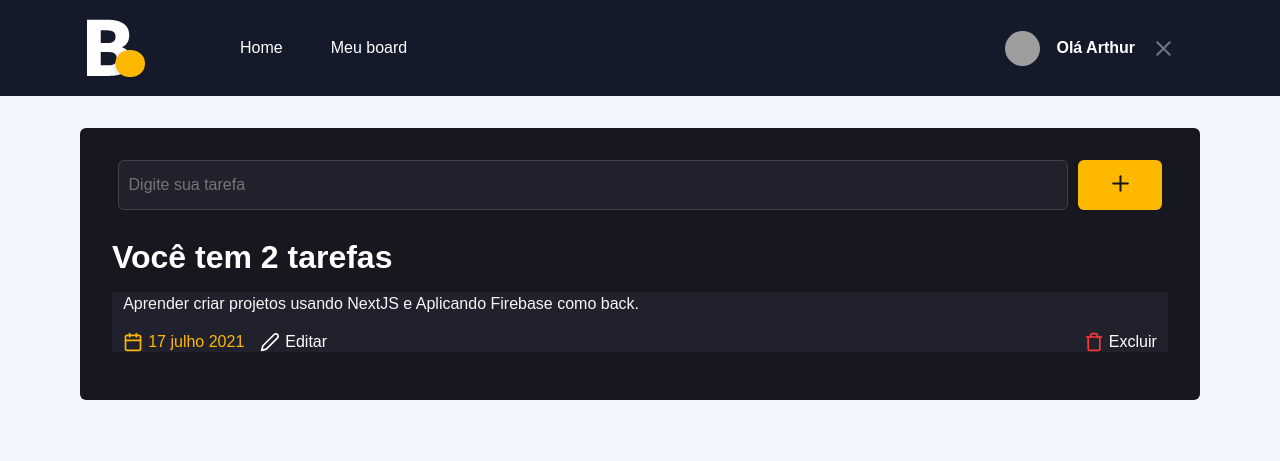
Repository: ArthurHendrich/Task-Board
Page: /board
The author's editor kept a copy of each file at every save. The page is drawn from the files as they stood at one save, then again after the next save.
The browser window is 1280 px wide. The pictures show the whole page.
Pictures or frames that could not be fetched are drawn as grey boxes. The project was rebuilt for these pictures with package versions that can differ from the ones it lists, and the page was loaded fresh each time. The framework's server and built-in components were replaced by stand-ins that run in the browser. Also part of the build but not shown: next.config.js.

Above is the page before, as saved 2022-07-04 18:05:17.

After the next save:
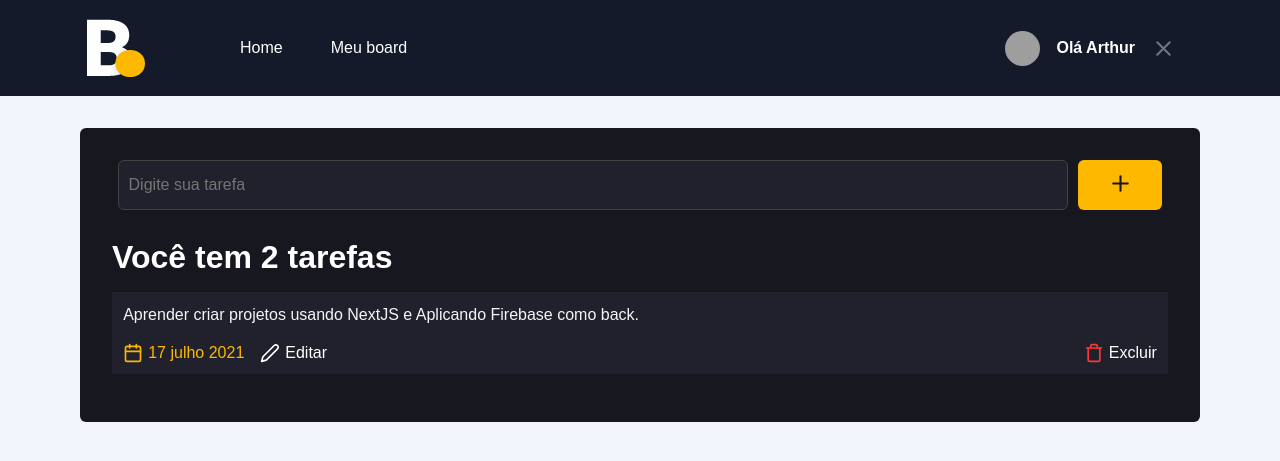
Saved 22 s later.
--- a/src/pages/board/styles.module.scss
+++ b/src/pages/board/styles.module.scss
@@ -40,7 +40,7 @@
 .taskList {
   background-color: #20212c;
   margin: 1rem 0;
-  padding: 0 0.7rem;
+  padding: 0.7rem;
 
   p{
     cursor: pointer;
@@ -84,6 +84,7 @@
         margin-left: 5px;
         color: #FFF;
         cursor: pointer;
+        transition: filter 0.2s;
       }
 
       span:hover{
